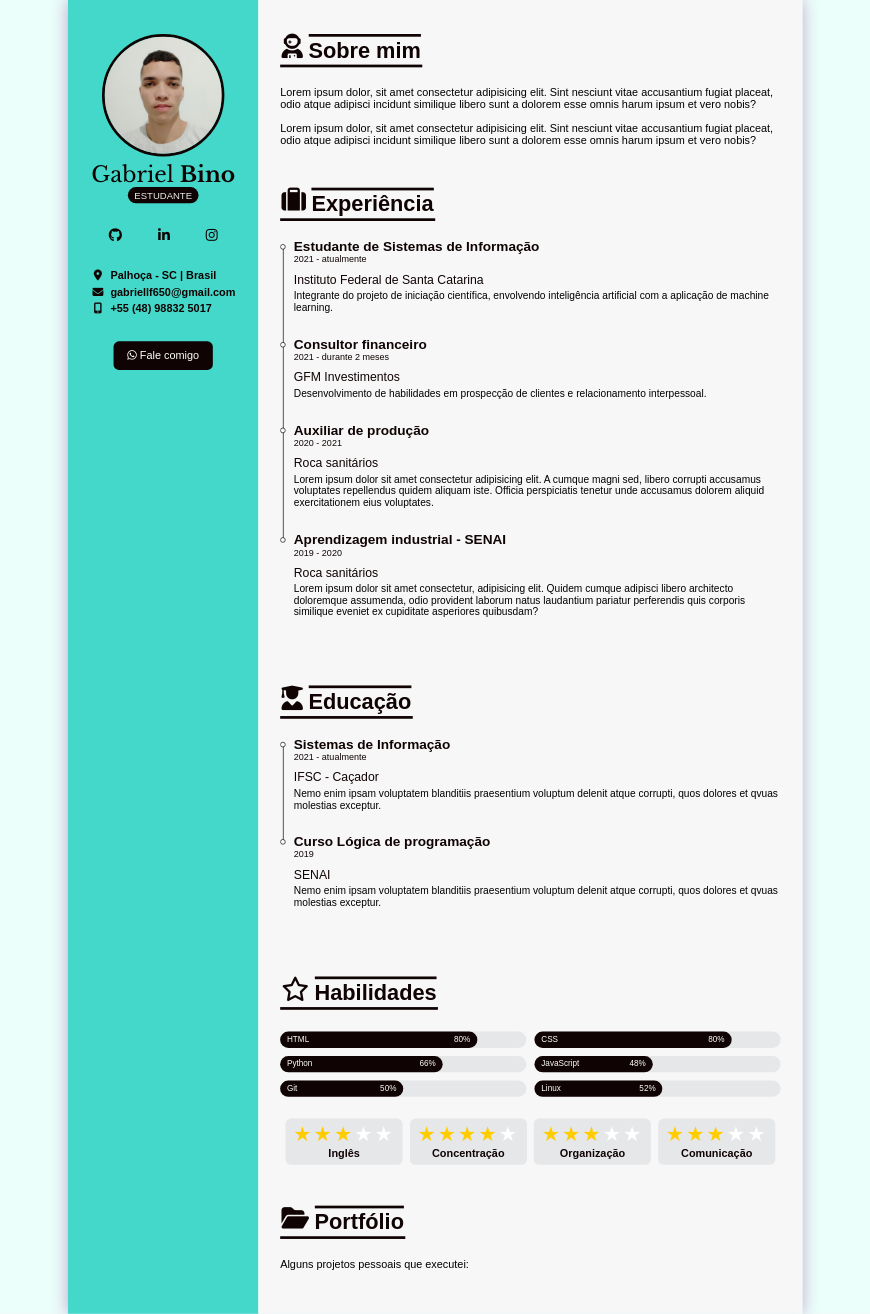
Repository: gabrielbino/projects-dio
Page: curriculoResponsivo/index.html
These files come from the project's save history. The page is drawn as it stood at one moment and after the next save; the edit follows.
The browser window is 1280 px wide. The pictures show the whole page, at 68% of full size.
Some web libraries are served in a nearby version.

Above is the page before, as saved 2021-10-19 12:09:33.

### curriculoResponsivo/index.html
<!DOCTYPE html>
<html lang="pt-br">
  <head>
    <meta charset="UTF-8" />
    <link
      rel="stylesheet"
      href="https://cdnjs.cloudflare.com/ajax/libs/normalize/8.0.1/normalize.min.css"
      integrity="sha512-NhSC1YmyruXifcj/KFRWoC561YpHpc5Jtzgvbuzx5VozKpWvQ+4nXhPdFgmx8xqexRcpAglTj9sIBWINXa8x5w=="
      crossorigin="anonymous"
      referrerpolicy="no-referrer"
    />

    <script
      src="https://kit.fontawesome.com/e258bd240c.js"
      crossorigin="anonymous"
    ></script>

    <link rel="stylesheet" href="./css/style.css" />

    <link rel="shortcut icon" href="img/img.ico" />

    <title>CV do Gabriel</title>
  </head>
  <body>
    <main>
      <aside>
        <div class="sidebar">
          <img
            class="profile-picture"
            src="./img/option_profile.jpeg"
            alt="Gabriel Bino"
          />
          <h1 class="title-name"><span>Gabriel</span> Bino</h1>
          <h3 class="subtitle-role">Estudante</h3>
          <div class="social-links">
            <a href="https://github.com/gabrielbino" target="_blank">
              <i class="fab fa-github"></i>
            </a>
            <a
              href="https://www.linkedin.com/in/gabriel-fernandes-bino-456499195/"
              target="_blank"
            >
              <i class="fab fa-linkedin-in"></i>
            </a>
            <!-- <a href="https://twitter.com/theleoad" target="_blank">
              <i class="fab fa-twitter"></i>
            </a> -->
            <a href="https://www.instagram.com/gabrielfbino/" target="_blank">
              <i class="fab fa-instagram"></i>
            </a>
          </div>
          <ul class="personal-data">
            <li>
              <i class="fas fa-map-marker-alt"></i>
              <span>Palhoça - SC | Brasil</span>
            </li>
            <li>
              <i class="fas fa-envelope"></i>
              <a href="mailto:galbriellf650@gmail.com"
                >gabriellf650@gmail.com</a
              >
            </li>
            <li>
              <i class="fas fa-mobile-alt"></i>
              <a href="tel:+5548988325017">+55 (48) 98832 5017</a>
            </li>
          </ul>
          <a
            class="download-button"
            href="https://wa.me/+5548988325017"
            target="_blank"
          >
            <i class="fab fa-whatsapp"></i>
            <span>Fale comigo</span>
          </a>
        </div>
      </aside>
      <section>
        <article>
          <div class="article-title-wrapper">
            <i class="fas fa-user-astronaut"></i>
            <h2 class="article-title">Sobre mim</h2>
          </div>
          <p>
            Lorem ipsum dolor, sit amet consectetur adipisicing elit. Sint
            nesciunt vitae accusantium fugiat placeat, odio atque adipisci
            incidunt similique libero sunt a dolorem esse omnis harum ipsum et
            vero nobis?
          </p>
          <p>
            Lorem ipsum dolor, sit amet consectetur adipisicing elit. Sint
            nesciunt vitae accusantium fugiat placeat, odio atque adipisci
            incidunt similique libero sunt a dolorem esse omnis harum ipsum et
            vero nobis?
          </p>
        </article>
        <article>
          <div class="article-title-wrapper">
            <i class="fas fa-suitcase"></i>
            <h2 class="article-title">Experiência</h2>
          </div>
          <ul class="timeline">
            <li>
              <h4 class="timeline-title">
                Estudante de Sistemas de Informação
              </h4>
              <h5 class="timeline-time">2021 - atualmente</h5>
              <h6 class="timeline-place">
                Instituto Federal de Santa Catarina
              </h6>
              <p class="timeline-text">
                Integrante do projeto de iniciação científica, envolvendo
                inteligência artificial com a aplicação de machine learning.
              </p>
            </li>
            <li>
              <h4 class="timeline-title">Consultor financeiro</h4>
              <h5 class="timeline-time">2021 - durante 2 meses</h5>
              <h6 class="timeline-place">GFM Investimentos</h6>
              <p class="timeline-text">
                Desenvolvimento de habilidades em prospecção de clientes e
                relacionamento interpessoal.
              </p>
            </li>
            <li>
              <h4 class="timeline-title">Auxiliar de produção</h4>
              <h5 class="timeline-time">2020 - 2021</h5>
              <h6 class="timeline-place">Roca sanitários</h6>
              <p class="timeline-text">
                Lorem ipsum dolor sit amet consectetur adipisicing elit. A
                cumque magni sed, libero corrupti accusamus voluptates
                repellendus quidem aliquam iste. Officia perspiciatis tenetur
                unde accusamus dolorem aliquid exercitationem eius voluptates.
              </p>
            </li>
            <li>
              <h4 class="timeline-title">Aprendizagem industrial - SENAI</h4>
              <h5 class="timeline-time">2019 - 2020</h5>
              <h6 class="timeline-place">Roca sanitários</h6>
              <p class="timeline-text">
                Lorem ipsum dolor sit amet consectetur, adipisicing elit. Quidem
                cumque adipisci libero architecto doloremque assumenda, odio
                provident laborum natus laudantium pariatur perferendis quis
                corporis similique eveniet ex cupiditate asperiores quibusdam?
              </p>
            </li>
          </ul>
        </article>
        <article>
          <div class="article-title-wrapper">
            <i class="fas fa-user-graduate"></i>
            <h2 class="article-title">Educação</h2>
          </div>
          <ul class="timeline">
            <li>
              <h4 class="timeline-title">Sistemas de Informação</h4>
              <h5 class="timeline-time">2021 - atualmente</h5>
              <h6 class="timeline-place">IFSC - Caçador</h6>
              <p class="timeline-text">
                Nemo enim ipsam voluptatem blanditiis praesentium voluptum
                delenit atque corrupti, quos dolores et qvuas molestias
                exceptur.
              </p>
            </li>
            <li>
              <h4 class="timeline-title">Curso Lógica de programação</h4>
              <h5 class="timeline-time">2019</h5>
              <h6 class="timeline-place">SENAI</h6>
              <p class="timeline-text">
                Nemo enim ipsam voluptatem blanditiis praesentium voluptum
                delenit atque corrupti, quos dolores et qvuas molestias
                exceptur.
              </p>
            </li>
          </ul>
        </article>
        <article>
          <div class="article-title-wrapper">
            <i class="far fa-star"></i>
            <h2 class="article-title">Habilidades</h2>
          </div>
          <div class="skills-container">
            <div class="progress">
              <div class="progress-bar" role="progressbar" style="width: 80%">
                <div class="progress-text">
                  <span>HTML</span>
                  <span>80%</span>
                </div>
              </div>
            </div>
            <div class="progress">
              <div class="progress-bar" role="progressbar" style="width: 80%">
                <div class="progress-text">
                  <span>CSS</span>
                  <span>80%</span>
                </div>
              </div>
            </div>
            <div class="progress">
              <div class="progress-bar" role="progressbar" style="width: 66%">
                <div class="progress-text">
                  <span>Python</span>
                  <span>66%</span>
                </div>
              </div>
            </div>
            <div class="progress">
              <div class="progress-bar" role="progressbar" style="width: 48%">
                <div class="progress-text">
                  <span>JavaScript</span>
                  <span>48%</span>
                </div>
              </div>
            </div>
            <div class="progress">
              <div class="progress-bar" role="progressbar" style="width: 50%">
                <div class="progress-text">
                  <span>Git</span>
                  <span>50%</span>
                </div>
              </div>
            </div>
            <div class="progress">
              <div class="progress-bar" role="progressbar" style="width: 52%">
                <div class="progress-text">
                  <span>Linux</span>
                  <span>52%</span>
                </div>
              </div>
            </div>
          </div>
          <div class="soft-skills">
            <div class="soft-skill">
              <div class="soft-skill-rating" style="--rating: 3"></div>
              <h4 class="soft-skill-label">Inglês</h4>
            </div>
            <div class="soft-skill">
              <div class="soft-skill-rating" style="--rating: 4"></div>
              <h4 class="soft-skill-label">Concentração</h4>
            </div>
            <div class="soft-skill">
              <div class="soft-skill-rating" style="--rating: 3"></div>
              <h4 class="soft-skill-label">Organização</h4>
            </div>
            <div class="soft-skill">
              <div class="soft-skill-rating" style="--rating: 3"></div>
              <h4 class="soft-skill-label">Comunicação</h4>
            </div>
          </div>
        </article>
        <article>
          <div class="article-title-wrapper">
            <i class="fas fa-folder-open"></i>
            <h2 class="article-title">Portfólio</h2>
          </div>
          <p>Alguns projetos pessoais que executei:</p>
          <div class="portfolio">
            <a href="#" class="portfolio-item">
              <div></div>
            </a>
            <a href="#" class="portfolio-item">
              <div></div>
            </a>
            <a href="#" class="portfolio-item">
              <div></div>
            </a>
            <a href="#" class="portfolio-item">
              <div></div>
            </a>
          </div>
        </article>
      </section>
    </main>
  </body>
</html>

### curriculoResponsivo/css/style.css
@import url("https://fonts.googleapis.com/css2?family=Libre+Baskerville:wght@400;700&family=Montserrat:wght@400;500;600;700&display=swap");

* {
  box-sizing: border-box;
}

img {
  max-width: 100%;
}

body {
  background-color: #ebfffb;
  color: black;
  font-family: "Fira Sans", sans-serif;
}

main {
  background-color: #ebfffb;
  box-shadow: 0 0 1.5rem rgba(149, 56, 158, 0.5);
  display: flex;
  margin: 0 auto;
  max-width: 1080px;
  min-height: 100vh;
  width: 100%;
}

aside {
  background-color: #43d8c9;
  padding: 50px 0 16px;
  width: 280px;
}

.sidebar {
  align-items: center;
  display: flex;
  flex-direction: column;
  position: sticky;
  top: 16px;
  width: 100%;
}

.profile-picture {
  border-radius: 50%;
  border: solid 4px #100303;
  width: 180px;
}

.title-name {
  color: #100303;
  font-family: "Libre Baskerville", serif;
  font-weight: 700;
  margin: 8px 0 0;
}

.title-name span {
  font-weight: 500;
}

.subtitle-role {
  background: #100303;
  border-radius: 12px;
  color: #e9ebec;
  font-size: 14px;
  font-weight: 400;
  margin: 0;
  padding: 4px 10px;
  text-transform: uppercase;
}

.social-links {
  display: flex;
  font-size: 20px;
  justify-content: space-between;
  margin: 36px 0;
  width: 160px;
}

.social-links a {
  color: #100303;
}

.social-links a:hover {
  color: #8fa0ac;
}

.personal-data {
  list-style-type: none;
  margin: 0;
  padding: 0;
}

.personal-data li {
  color: #100303;
  font-weight: 600;
  line-height: 1.5;
}

.personal-data li a {
  color: inherit;
  text-decoration: none;
}

.personal-data i {
  margin-right: 4px;
  text-align: center;
  width: 20px;
}

.download-button {
  background: #100303;
  border-radius: 8px;
  color: white;
  display: block;
  margin: 36px 0;
  padding: 12px 20px;
  text-decoration: none;
}

section {
  background-color: #f7f7f7;
  padding: 50px 32px 0;
  width: calc(100% - 280px);
}

article:not(:last-of-type) {
  margin-bottom: 60px;
}

.article-title-wrapper {
  align-items: center;
  border-bottom: 4px solid;
  color: #100303;
  display: inline-flex;
  margin-bottom: 12px;
  padding: 0 2px;
}
.article-title-wrapper i {
  font-size: 36px;
  margin: -8px 8px 0 0;
}

.article-title {
  border-top: 4px solid;
  color: #100303;
  font-size: 32px;
  font-weight: 800;
  margin: 0 0 2px;
  padding-top: 2px;
}

.timeline {
  list-style: none;
  margin: 20px 0;
  padding: 0;
}

.timeline li {
  margin: 0;
  padding: 2px 0 40px 20px;
  position: relative;
}

.timeline li::after {
  background-color: #fff;
  border-radius: 50%;
  border: 1px solid #100303;
  box-sizing: border-box;
  content: "";
  display: inline-block;
  height: 8px;
  left: 0;
  position: absolute;
  top: 2px;
  width: 8px;
}

.timeline li:not(:last-of-type)::before {
  background-color: #100303;
  content: "";
  height: 100%;
  left: 3.5px;
  position: absolute;
  top: calc(0.5em - 4px);
  width: 1px;
}

.timeline-title {
  color: #100303;
  font-size: 20px;
  margin: -8px 0 0;
}

.timeline-time {
  color: #100303;
  font-weight: 400;
  margin: 0;
}

.timeline-place {
  color: #100303;
  font-size: 18px;
  font-weight: 500;
  margin: 12px 0 4px;
}

.timeline-text {
  font-size: 15px;
  margin: 0;
}

.skills-container {
  display: flex;
  flex-wrap: wrap;
  justify-content: space-between;
  margin: 20px 0;
}

.progress {
  background-color: rgba(68, 86, 108, 0.1);
  border-radius: 20px;
  display: flex;
  font-size: 0.75rem;
  height: 1.5rem;
  margin-bottom: 12px;
  width: calc(50% - 6px);
}

.progress-bar {
  align-items: center;
  background-color: #100303;
  border-radius: 20px;
  color: #fff;
  display: flex;
  padding: 0 10px;
}

.progress-text {
  display: flex;
  justify-content: space-between;
  width: 100%;
}

.soft-skills {
  display: flex;
  justify-content: space-between;
  padding: 0 8px;
}

.soft-skill {
  background-color: rgba(68, 86, 108, 0.1);
  border-radius: 8px;
  padding: 8px;
  text-align: center;
  width: calc(25% - 8px);
}

.soft-skill-rating {
  --percent: calc(var(--rating) / 5 * 100%);
  display: inline-block;
  font-family: Times;
  font-size: 30px;
  line-height: 1;
}

.soft-skill-rating::before {
  background-clip: text;
  background: linear-gradient(90deg, #fc0 var(--percent), #fff var(--percent));
  content: "★★★★★";
  letter-spacing: 3px;
  -webkit-background-clip: text;
  -webkit-text-fill-color: transparent;
}

.soft-skill-label {
  color: #100303;
  margin: 4px 0 0;
}

.portfolio {
  display: flex;
  flex-wrap: wrap;
  justify-content: space-between;
}

.portfolio-item {
  margin-bottom: 24px;
  text-decoration: none;
  width: calc(50% - 12px);
}

/* .portfolio-item div {
  margin: 0;
}

.portfolio-item figcaption {
  color: #3c6e71;
  font-weight: 800;
  text-align: center;
} */

@media (max-width: 1024px) {
  .soft-skills {
    flex-wrap: wrap;
  }

  .soft-skill {
    margin: 4px;
    width: calc(50% - 8px);
  }
}

@media (max-width: 768px) {
  main {
    display: block;
  }

  aside,
  section {
    width: 100%;
  }

  section {
    padding: 32px 16px 0;
  }

  .article-title-wrapper {
    display: flex;
    padding: 0;
  }

  .progress,
  .soft-skill,
  .portfolio-item,
  .article-title {
    width: 100%;
  }

  .portfolio-item figure {
    text-align: center;
  }
}

After the next save:
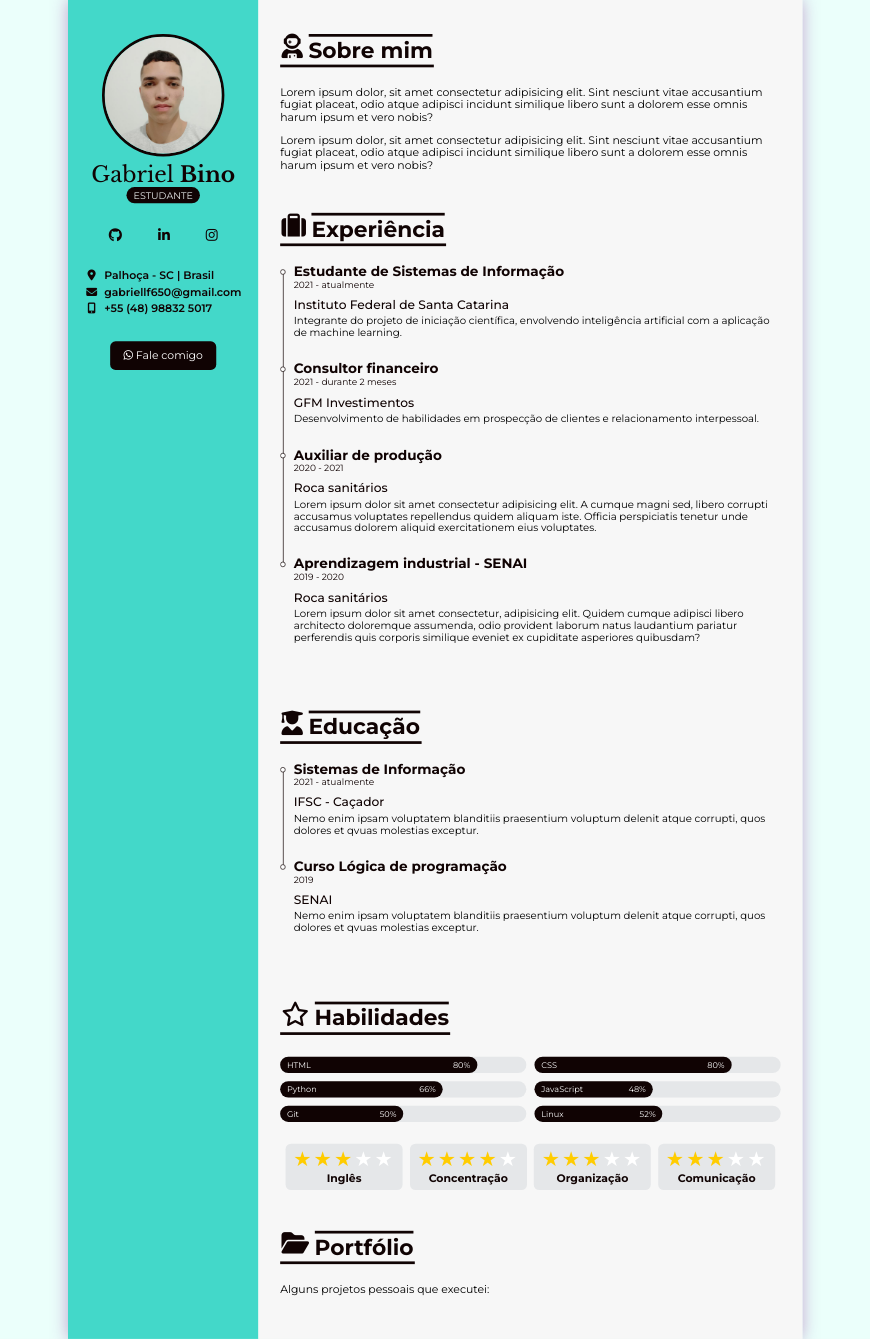
Saved 92 s later.
--- a/curriculoResponsivo/css/style.css
+++ b/curriculoResponsivo/css/style.css
@@ -11,7 +11,7 @@ img {
 body {
   background-color: #ebfffb;
   color: black;
-  font-family: "Fira Sans", sans-serif;
+  font-family: "Montserrat", sans-serif;
 }
 
 main {
